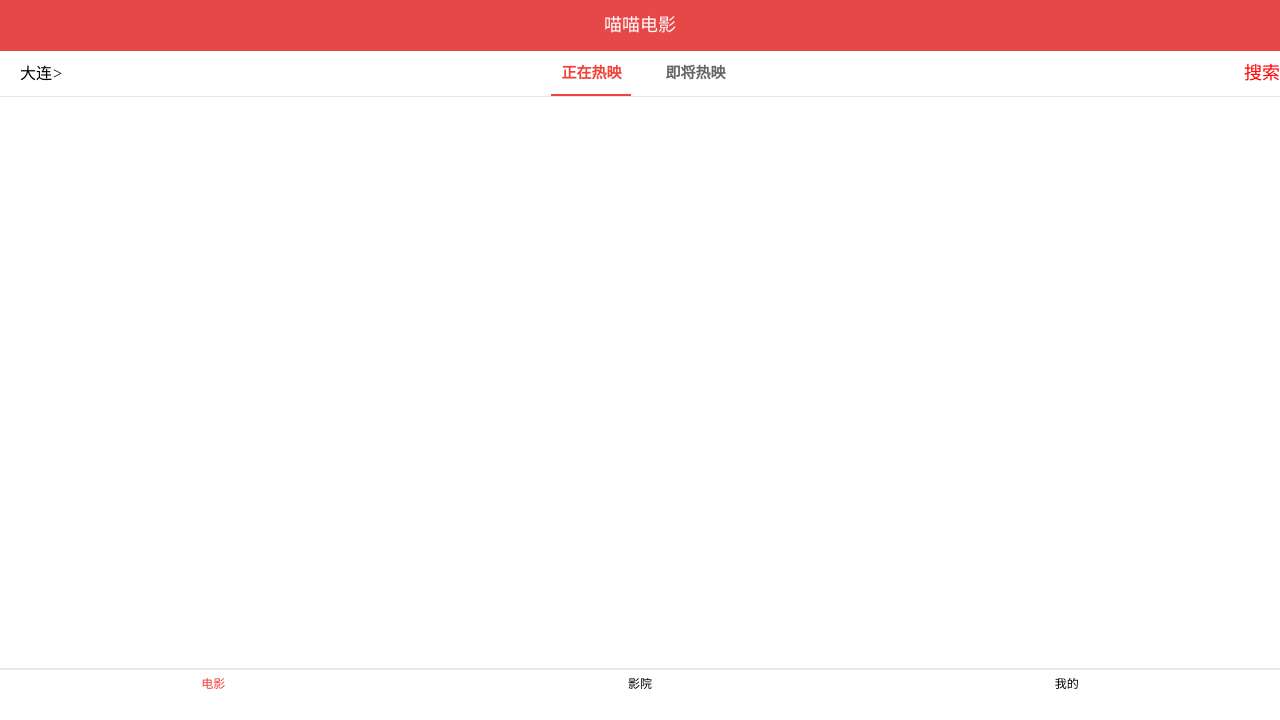
Repository: X-J-0/miaomiao_film
Page: / (app in miaomiao/)
An editor plug-in stored every save of this project. The page is shown before and after the next save, followed by the edit.
The browser window is 1280 px wide. The pictures show the whole page.
The page's requests for data from a server got no answer. The project was rebuilt for these pictures with package versions that can differ from the ones it lists, and the page was loaded fresh each time. No one was signed in, and anything a server would have sent is missing. Also part of the build but not shown: miaomiao/vue.config.js.

Above is the page before, as saved 2020-03-27 20:18:45.

### miaomiao/public/index.html
<!DOCTYPE html>
<html lang="en">
  <head>
    <meta charset="utf-8">
    <meta http-equiv="X-UA-Compatible" content="IE=edge">
    <meta name="viewport" content="width=device-width,initial-scale=1.0,user-scalable=no">
    <link rel="icon" href="<%= BASE_URL %>favicon.ico">
    <link rel="stylesheet" href="<%= BASE_URL %>css/common.css">
    <!-- <link rel="stylesheet" href="<%= BASE_URL %>css/common.css"> -->
    <title><%= htmlWebpackPlugin.options.title %></title>
  </head>
  <body>
    <noscript>
      <strong>We're sorry but <%= htmlWebpackPlugin.options.title %> doesn't work properly without JavaScript enabled. Please enable it to continue.</strong>
    </noscript>
    <div id="app"></div>
    <!-- built files will be auto injected -->
  </body>
</html>

### miaomiao/src/main.js
import Vue from 'vue'
import App from './App.vue'
import router from './router'
import store from './store'
import axios from 'axios'
Vue.prototype.axios = axios;
Vue.filter('setWH',(url,arg)=>{
  return url.replace(/w\.h/,arg);
});


import Loading from '@/components/Loading'
Vue.component('Loading',Loading);

Vue.config.productionTip = false

new Vue({
  router,
  store,
  render: h => h(App)
}).$mount('#app')

### miaomiao/src/App.vue
<template>
    <keep-alive>
        <router-view/>
    </keep-alive>
</template>

<style lang="scss">
</style>

### miaomiao/src/router/index.js
import Vue from 'vue'
import VueRouter from 'vue-router'
import movieRouter from './movie'
import mineRouter from './mine'
import cinemaRouter from './cinema'

Vue.use(VueRouter)


const router = new VueRouter({
  mode: 'history',
  base: process.env.BASE_URL,
  routes: [
    movieRouter,
    mineRouter,
    cinemaRouter,
    {
      path:'/*',
      redirect:'/movie'
    }
  ]
})

export default router

### miaomiao/src/router/movie/index.js
export default {
    path:'/movie',
    component : () => import('@/views/Movie'),
    children:[
        {
            path:'city',
            component:()=>import('@/components/City')
        },
        {
            path:'nowPlaying',
            component:()=>import('@/components/NowPlaying')
        },
        {
            path:'comingSoon',
            component:()=>import('@/components/ComingSoon')
        },
        {
            path:'search',
            component:()=>import('@/components/Search')
        },
        {
            path:'/movie',
            redirect:'/movie/nowPlaying'
        }
    ]
}

### miaomiao/src/router/mine/index.js
export default {
    path:'/mine',
    component : () => import('@/views/Mine'),
    children:[
        {
            path:'center',
            component:()=>import('@/views/Mine/center.vue')
        },
        {
            path:'login',
            component:()=>import('@/components/Login')
        },
        {
            path:'register',
            component:()=>import('@/components/Register')
        },
        {
            path:'findPassword',
            component:()=>import('@/components/FindPassword')
        },
        {
            path:'/mine',
            redirect:'center'
        }
    ]
}

### miaomiao/src/router/cinema/index.js
export default {
    path:'/cinema',
    component : () => import('@/views/Cinema'),
    children:[
        {
            path:'allocate',
            component:()=>import('@/components/Allocate')
        },
        {
            path:'brand',
            component:()=>import('@/components/Brand')
        },
        {
            path:'special',
            component:()=>import('@/components/Special')
        },
        {
            path:'/cinema',
            redirect:'/cinema/allocate'
        }
    ]
}

### miaomiao/src/views/Movie/index.vue
<template>
    <div id="main">
        <Header title="喵喵电影"/>
        <div id="content">
          <div class="movie_menu">
          <router-link tag="div" to="/movie/city" class="city_name">
            <span>大连</span><i>></i>
          </router-link>
          <div class="hot_switch">
            <router-link tag="div" to="/movie/nowPlaying" class="hot_item">正在热映</router-link>
            <router-link tag="div" to="/movie/comingSoon" class="hot_item">即将热映</router-link>
          </div>
          <div class="search_entry">
            <router-link tag="div" to="/movie/search">搜索</router-link>
          </div>
          </div>
          <keep-alive>
            <router-view/>
          </keep-alive>
        </div>
        <TabBar />
    </div>
</template>

<script>

import Header from '@/components/Header';
import TabBar from '@/components/TabBar';

export default {
  name:'Movie',
  components : {
    Header,
    TabBar
  },
  data(){
   return {

   }
  }
}
</script>

<style scoped>
  #content{flex:1;overflow:auto;margin-bottom:50px;position: relative;display:flex;flex-direction: column;}
  #content .movie_menu{width:100%;height:45px;border-bottom:1px solid #e6e6e6;display: flex;justify-content: space-between;}
  .movie_menu .city_name{margin-left:20px;height:100%;line-height:45px;}
  .movie_menu .city_name.active{color:#ef4238;border-bottom:2px #ef4238 solid;}
  .movie_menu .city_name.router-link-active{color:#ef4238;border-bottom:2px #ef4238 solid;}
  .movie_menu .hot_switch{display:flex;height:100%; line-height: 45px;}
  .movie_menu .hot_item{font-size:15px; color:#666;width:80px;text-align: center;margin:0 12px;font-weight: 700;}
  .movie_menu .hot_item.active{color:#ef4238;border-bottom:2px #ef4238 solid;}
  .movie_menu .hot_item.router-link-active{color:#ef4238;border-bottom:2px #ef4238 solid;}
  .movie_menu .search_entry{margin-left:20px;height:100%;line-height:45px;}
  .movie_menu .search_entry.active{color:#ef4238;border-bottom:2px #ef4238 solid;}
  .movie_menu .search_entry.router-link-active{color:#ef4238;border-bottom:2px #ef4238 solid;}
  .movie_menu .search_entry div{font-size:18px;color:red;}
</style>

### miaomiao/src/components/NowPlaying/index.vue
<template>
<div class="movie_body">
    <ul>
        <li v-for="item in movieList" :key="item.id">
            <div class="pic_show"><img :src="item.img | setWH('128.180') "></div>
            <div class="info_list">
                <h2>{{item.nm}}</h2>
                <p>观众评价<span class="grade">{{item.sc}}</span></p>
                <p>主演：{{item.star}}</p>
                <p>{{item.showInfo}}</p>
            </div>
            <div class="btn_pre">
              购票
            </div>
        </li>
    </ul>
</div>
</template>

<script>
export default {
  name:'NowPlaying',
  data(){
   return {
       movieList:[]
   }
  },
   mounted(){
       this.axios.get('/api/movieOnInfoList?cityId=10').then((res)=>{
           var msg = res.data.msg;
           if(msg === 'ok'){
               this.movieList = res.data.data.movieList
           }
       })
   }
  }
</script>

<style scoped>
    #content .movie_body{
        flex:1;
        overflow:auto;
    }
    .movie_body ul{
        margin:0 12px;
        overflow:hidden;
    }
    .movie_body ul li{
        margin-top:12px;display:flex;align-items:center;border-bottom:1px solid #e6e6e6;padding-bottom:10px;
    }
    .movie_body .pic_show{width:64px; height:90px;}
    .movie_body .pic_show img{width:100%;}
    .movie_body .info_list{margin-top:50px;margin-left:10px;flex:1;position: relative;}
    .movie_body .info_list h2{font-size:17px;line-height: 24px;width:150px;overflow:hidden;white-space:nowrap;text-overflow:ellipsis;}
    .movie_body .info_list p{font-size:13px;color:#666;line-height: 22px;width:200px;overflow:hidden;white-space:nowrap;text-overflow:ellipsis;}
    .movie_body .info_list .grade{font-weight: 700;color:#faaf00;font-size:15px;}
    .pic_show img{width:50px;position: relative;right:10px;top:20px;}
    .movie_body .btn_mall, .movie_body .btn_pre{width:47px;height:27px;line-height: 28px;text-align: center;background-color: #f03d37;color:#fff;border-radius: 5%;}
    .movie_body .btn_pre{background-color: #3c9fe6;}
</style>

### miaomiao/src/components/Header/index.vue
<template>
    <header id="header">
        <h1>{{title}}</h1>
    </header>
</template>

<script>
export default {
  name:'Header',
  props:{
      title:{
          type:String,
          default:'喵喵电影'
      }
  }
}
</script>

<style scoped>
#header{width:100%;height:50px;color:#fff;background-color: #e54847;border-bottom:1px solid #e54847;position: relative;}
#header h1{font-size:18px;text-align: center;line-height: 50px; font-weight: normal;}
#header i{position:absolute;left:5px;top:50%;margin-top:-13px;font-size:26px;}
</style>

### miaomiao/src/components/TabBar/index.vue
<template>
    <footer id="footer">
        <ul>
            <router-link tag="li" to="/movie">
                <!-- <i class="iconfont icon-dianying"></i> -->
                <p>电影</p>
            </router-link>
            <router-link tag="li" to="/cinema">
                <!-- <i class="iconfont icon-yingyuan"></i> -->
                <p>影院</p>
            </router-link>
            <router-link tag="li" to="/mine">
                <!-- <i class="iconfont icon-dianying"></i> -->
                <p>我的</p>
            </router-link>
        </ul>
    </footer>
</template>

<script>
export default {
  name:'Footer',
  data(){
   return {

   }
  }
}
</script>

<style scoped>
#footer{width:100%; height:50px;background-color: #fff;border-top:2px #ebe8e3 solid;position:fixed;left:0;bottom:0;}
#footer ul{display:flex;text-align: center;height:50px;align-items:center;}
#footer ul li{flex:1;height:40px;}
#footer ul li.active{color:#f03d37;}
#footer ul li.router-link-active{color:#f03d37;}
#footer ul i{font-size:20px;}
#footer ul p{font-size:12px;line-height:18px;}
</style>

### miaomiao/public/css/common.css
*{ margin : 0; padding : 0;}
ul,li{ list-style: none}
img{ display: block}
html, body{ height:100%}
.clearfix:after{ content:""; display:block; clear:both}
#main{ height: 100%; display: flex; flex-direction: column;}
#content{ flex:1; overflow:auto; margin-bottom: 50px;position: relative;display: flex;flex-direction: column;}

### miaomiao/src/components/loading/index.vue
<template>
<div class="loader"></div>
</template>

<script>
export default {
  name:'Loading',
  data(){
   return {

   }
  }
}
</script>

<style scoped>
.loader {
  position: relative;
  width: 2.5em;
  height: 2.5em;
  transform: rotate(165deg);
}
.loader:before, .loader:after {
  content: '';
  position: absolute;
  top: 50%;
  left: 50%;
  display: block;
  width: 0.5em;
  height: 0.5em;
  border-radius: 0.25em;
  transform: translate(-50%, -50%);
}
.loader:before {
  animation: before 2s infinite;
}
.loader:after {
  animation: after 2s infinite;
}

@keyframes before {
  0% {
    width: 0.5em;
    box-shadow: 1em -0.5em rgba(225, 20, 98, 0.75), -1em 0.5em rgba(111, 202, 220, 0.75);
  }
  35% {
    width: 2.5em;
    box-shadow: 0 -0.5em rgba(225, 20, 98, 0.75), 0 0.5em rgba(111, 202, 220, 0.75);
  }
  70% {
    width: 0.5em;
    box-shadow: -1em -0.5em rgba(225, 20, 98, 0.75), 1em 0.5em rgba(111, 202, 220, 0.75);
  }
  100% {
    box-shadow: 1em -0.5em rgba(225, 20, 98, 0.75), -1em 0.5em rgba(111, 202, 220, 0.75);
  }
}
@keyframes after {
  0% {
    height: 0.5em;
    box-shadow: 0.5em 1em rgba(61, 184, 143, 0.75), -0.5em -1em rgba(233, 169, 32, 0.75);
  }
  35% {
    height: 2.5em;
    box-shadow: 0.5em 0 rgba(61, 184, 143, 0.75), -0.5em 0 rgba(233, 169, 32, 0.75);
  }
  70% {
    height: 0.5em;
    box-shadow: 0.5em -1em rgba(61, 184, 143, 0.75), -0.5em 1em rgba(233, 169, 32, 0.75);
  }
  100% {
    box-shadow: 0.5em 1em rgba(61, 184, 143, 0.75), -0.5em -1em rgba(233, 169, 32, 0.75);
  }
}
/**
 * Attempt to center the whole thing!
 */
html,
body {
  height: 100%;
}

.loader {
  position: absolute;
  top: calc(50% - 1.25em);
  left: calc(50% - 1.25em);
}
</style>

Loaded but not shown: miaomiao/src/store/index.js (common file)

After the next save:
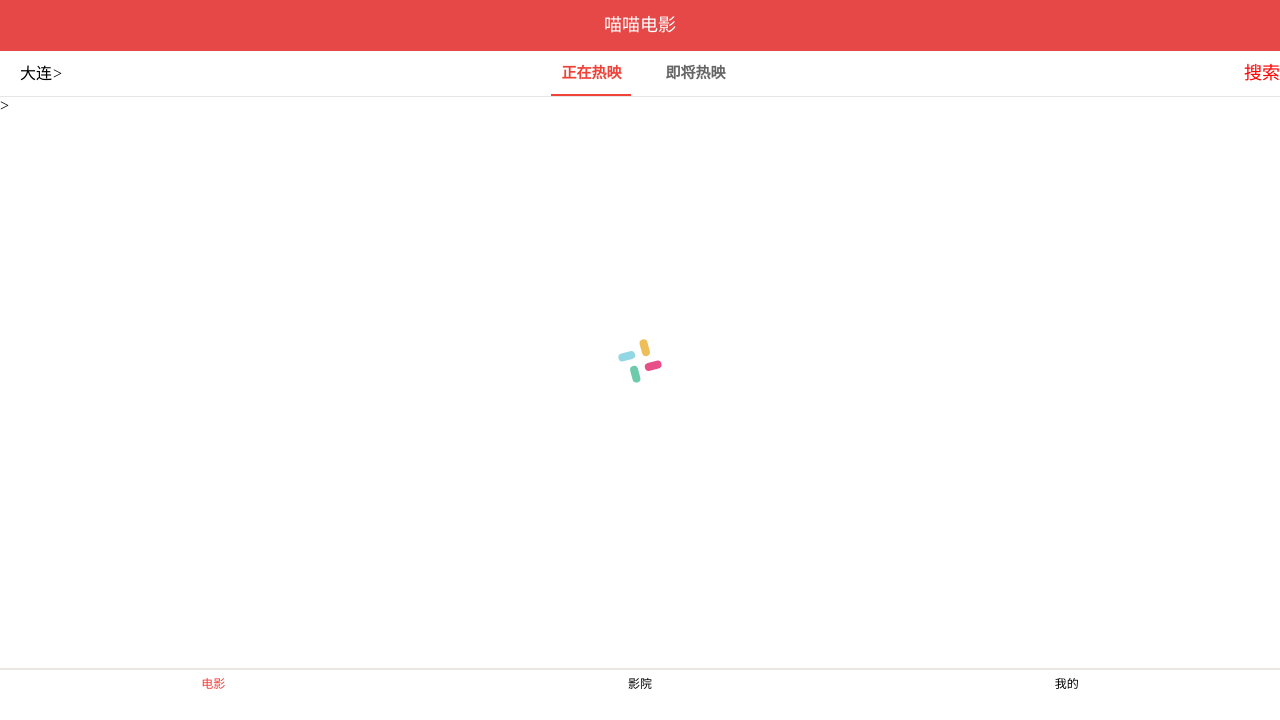
Saved 33 s later.
--- a/miaomiao/src/components/NowPlaying/index.vue
+++ b/miaomiao/src/components/NowPlaying/index.vue
@@ -1,5 +1,6 @@
 <template>
 <div class="movie_body">
+    <Loading/>>
     <ul>
         <li v-for="item in movieList" :key="item.id">
             <div class="pic_show"><img :src="item.img | setWH('128.180') "></div>
